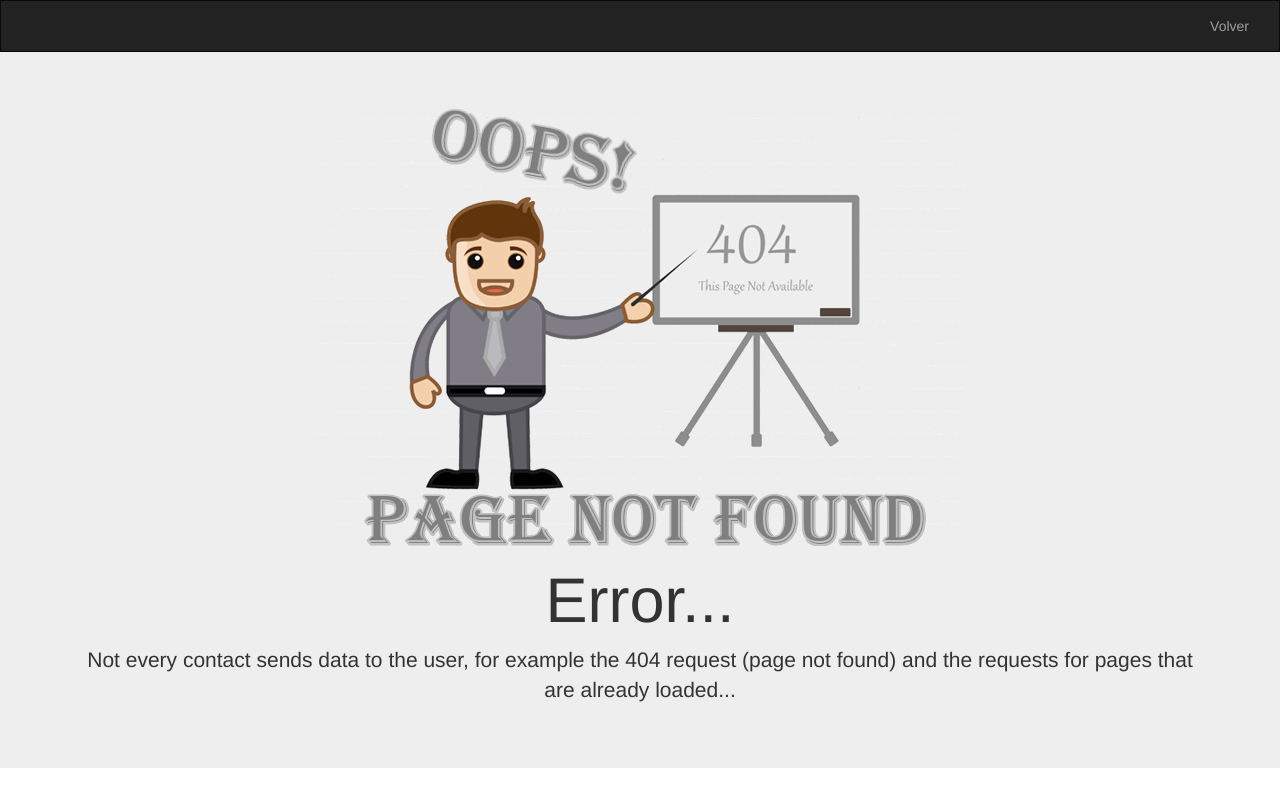
Repository: MariaService/Springboot
Page: http://localhost/404
These files come from the project's save history. The page is drawn as it stood at one moment and after the next save; the edit follows.
The browser window is 1280 px wide. The pictures show the whole page.
The page is this project's Thymeleaf template; nobody is signed in. The template is opened directly, without the code that normally fills it, so the values that code supplies are empty.

Above is the page before, as saved 2017-08-21 05:25:54.

### backenninja/backenninja/src/main/resources/templates/404.html
<!DOCTYPE html>
<html lang="en">
<head>
  <title>Backend Ninja</title>
 <meta charset="UTF-8"/>
  <meta name="viewport" content="width=device-width, initial-scale=1"/>
  <link rel="stylesheet" href="https://maxcdn.bootstrapcdn.com/bootstrap/3.3.7/css/bootstrap.min.css"/>
  <script src="https://ajax.googleapis.com/ajax/libs/jquery/1.12.4/jquery.min.js"></script>
  <script src="https://maxcdn.bootstrapcdn.com/bootstrap/3.3.7/js/bootstrap.min.js"></script>
  <style>
    /* Remove the navbar's default margin-bottom and rounded borders */
    .navbar {
      margin-bottom: 0;
      border-radius: 0;
    }

    /* Add a gray background color and some padding to the footer */
    footer {
      background-color: #f2f2f2;
      padding: 25px;
    }
  </style>
</head>
<body>

<nav class="navbar navbar-inverse">
  <div class="container-fluid">
    <div class="navbar-header">
      <button type="button" class="navbar-toggle" data-toggle="collapse" data-target="#myNavbar">
        <span class="icon-bar"></span>
        <span class="icon-bar"></span>
        <span class="icon-bar"></span>
      </button>
      <a class="navbar-brand" href="#"></a>
    </div>
    <div class="collapse navbar-collapse" id="myNavbar">

      <ul class="nav navbar-nav navbar-right">
        <li><a href="#"></span>Volver</a></li>
      </ul>
    </div>
  </div>
</nav>

<div class="jumbotron">
  <div class="container text-center">
  <img src="../static/imgs/2.png">
    <h1>Error...</h1>
    <p>Not every contact sends data to the user, for example the 404 request (page not found) and the requests for pages that are already loaded...</p>
  </div>
</div>



</body>
</html>

After the next save:
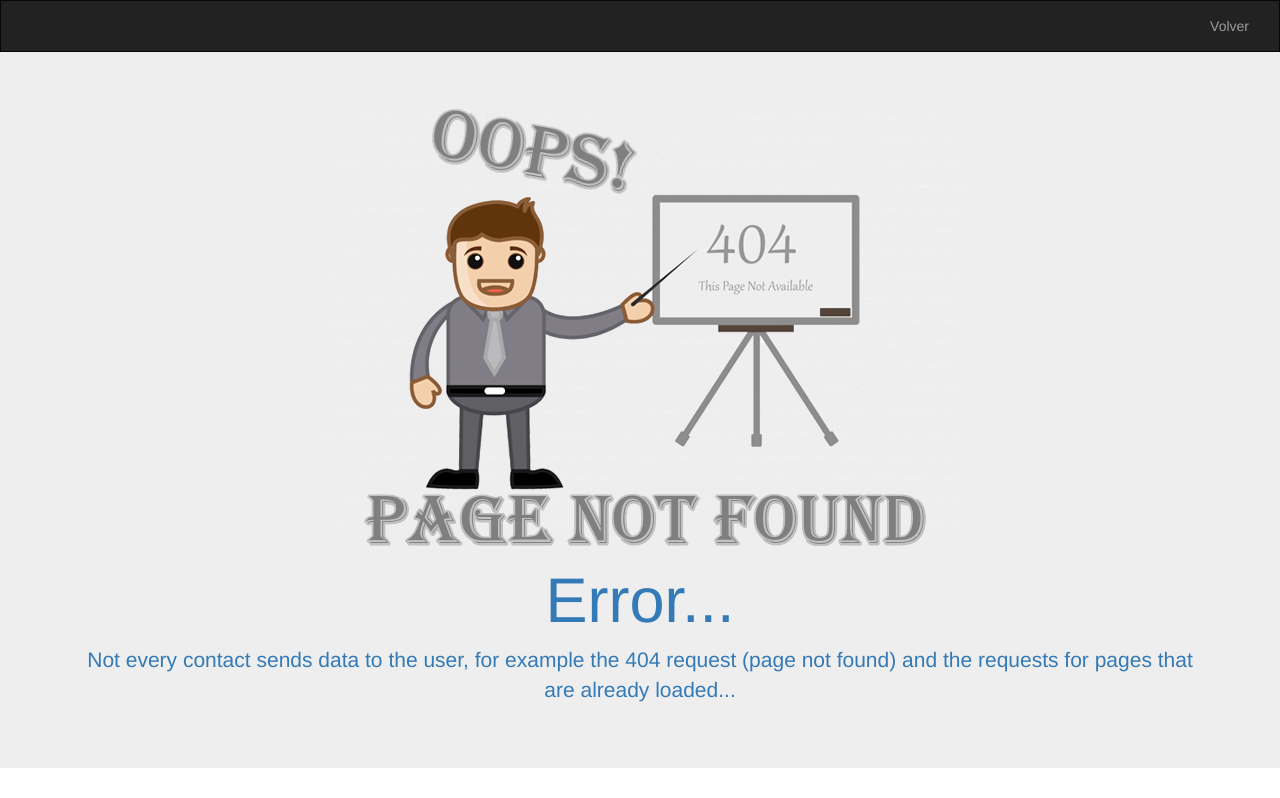
Saved 9 min 14 s later.
--- a/backenninja/backenninja/src/main/resources/templates/404.html
+++ b/backenninja/backenninja/src/main/resources/templates/404.html
@@ -31,12 +31,12 @@
         <span class="icon-bar"></span>
         <span class="icon-bar"></span>
       </button>
-      <a class="navbar-brand" href="#"></a>
+      <a class="navbar-brand" href="#"/>
     </div>
     <div class="collapse navbar-collapse" id="myNavbar">
 
       <ul class="nav navbar-nav navbar-right">
-        <li><a href="#"></span>Volver</a></li>
+        <li><a href="#"/></span>Volver</li>
       </ul>
     </div>
   </div>

After the 4 saves that followed:
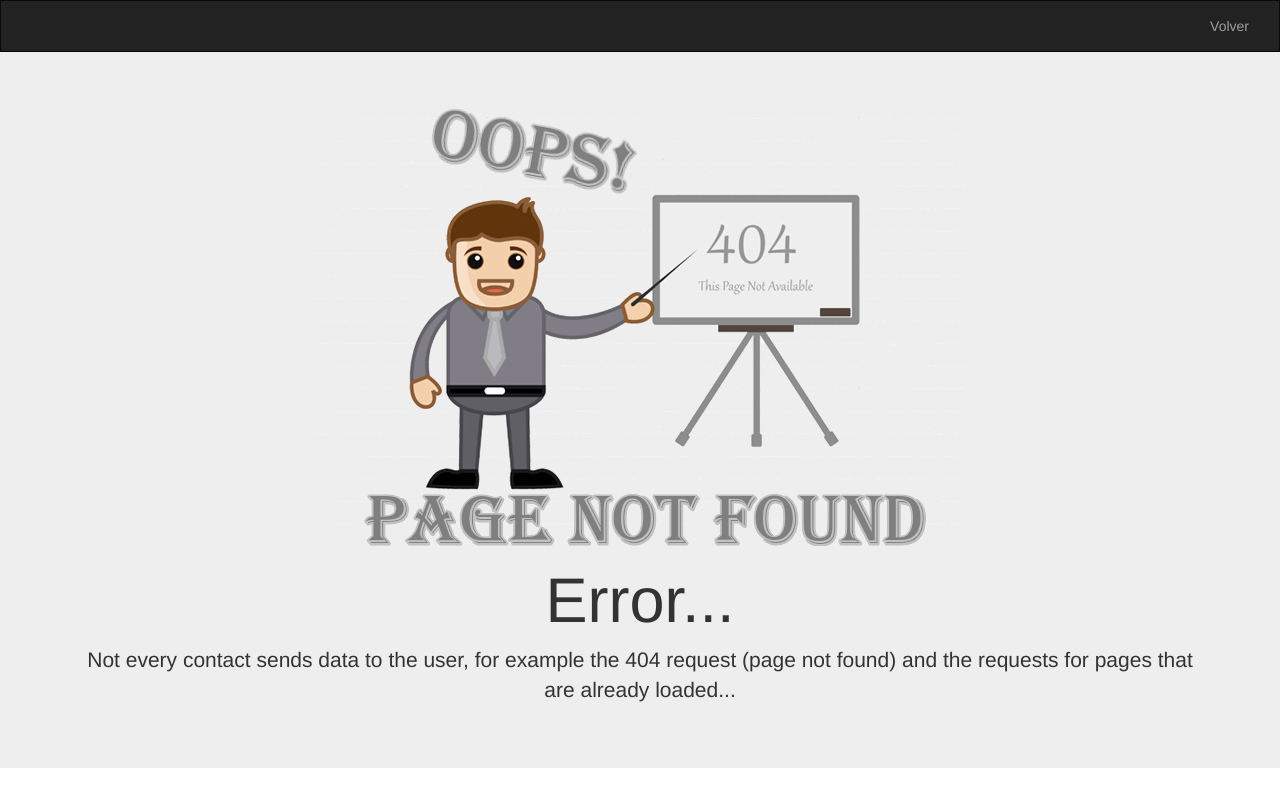
The 4 saves are shown as one change because 3 left the picture as it was.
The last was saved 3 min 8 s later.
--- a/backenninja/backenninja/src/main/resources/templates/404.html
+++ b/backenninja/backenninja/src/main/resources/templates/404.html
@@ -31,12 +31,12 @@
         <span class="icon-bar"></span>
         <span class="icon-bar"></span>
       </button>
-      <a class="navbar-brand" href="#"/>
+      <a class="navbar-brand" href="#"></a>
     </div>
     <div class="collapse navbar-collapse" id="myNavbar">
 
       <ul class="nav navbar-nav navbar-right">
-        <li><a href="#"/></span>Volver</li>
+        <li><a href="#"></span>Volver</a></li>
       </ul>
     </div>
   </div>
